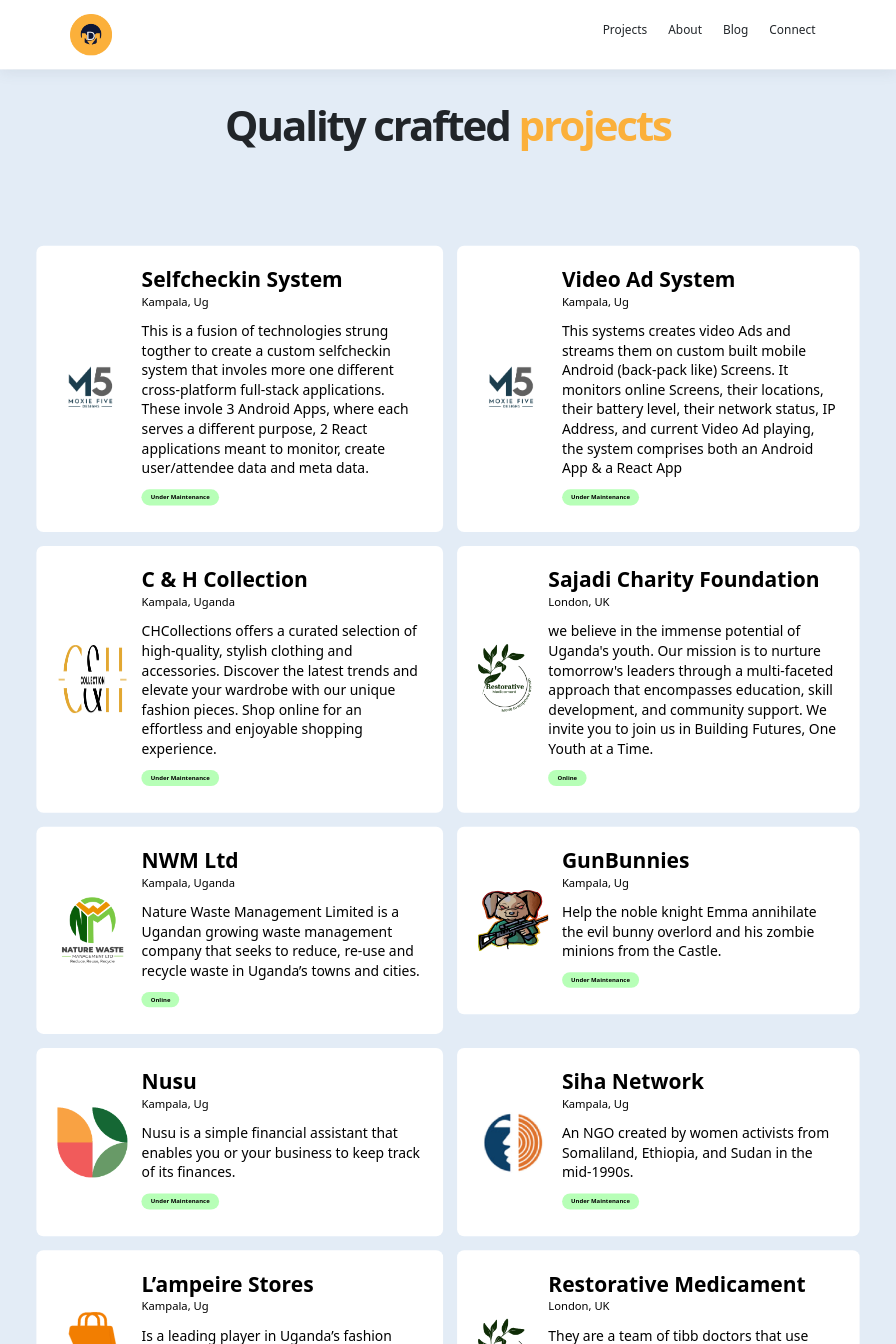
Repository: kaizoku010/firebrand
Page: /apps
An editor plug-in stored every save of this project. The page is shown before and after a run of saves, followed by the edit.
The browser window is 1280 px wide. The pictures show the part of the page from y = 0 to 1920 px (the page is 3921 px tall before and 4294 px after), at 70% of full size.
The project was rebuilt for these pictures with package versions that can differ from the ones it lists, and the page was loaded fresh each time. Also part of the build but not shown: vite.config.js, src/update/homescreen.css, src/update/homescreen.js, src/update/blog.css, src/update/blog.js, src/update/connect.css, src/update/connect.js. Imported but missing from the stored project, and not drawn on this page: src/update/about.js.

Above is the page before, as saved 2024-05-27 15:52:53.

### public/index.html
<!DOCTYPE html>
<html lang="en">
  <head>
    <meta charset="utf-8" />
    <link rel="icon" href="%PUBLIC_URL%/logo.ico" />
    <meta name="viewport" content="width=device-width, initial-scale=1" />
    <meta name="theme-color" content="#000000" />
    <meta
      name="description"
      content="Welcome to Firebrand, Home of Dixon Muneza"
    />
    <link rel="apple-touch-icon" href="%PUBLIC_URL%/logo.png" />
    <!--
      manifest.json provides metadata used when your web app is installed on a
      user's mobile device or desktop. See https://developers.google.com/web/fundamentals/web-app-manifest/
    -->
    <link rel="manifest" href="%PUBLIC_URL%/manifest.json" />
    <!--
      Notice the use of %PUBLIC_URL% in the tags above.
      It will be replaced with the URL of the `public` folder during the build.
      Only files inside the `public` folder can be referenced from the HTML.

      Unlike "/favicon.ico" or "favicon.ico", "%PUBLIC_URL%/favicon.ico" will
      work correctly both with client-side routing and a non-root public URL.
      Learn how to configure a non-root public URL by running `npm run build`.
    -->
    <title>Dixon Muneza</title>
    <!-- Global site tag (gtag.js) - Google Analytics -->
<script async src="https://www.googletagmanager.com/gtag/js?id=G-C8GX9VTJ6W"></script>
<script>
  window.dataLayer = window.dataLayer || [];
  function gtag(){dataLayer.push(arguments);}
  gtag('js', new Date());

  gtag('config', 'G-C8GX9VTJ6W');
</script>
  </head>
  <body>
    <noscript>You need to enable JavaScript to run this app.</noscript>
    <div id="root"></div>
    <!--
      This HTML file is a template.
      If you open it directly in the browser, you will see an empty page.

      You can add webfonts, meta tags, or analytics to this file.
      The build step will place the bundled scripts into the <body> tag.

      To begin the development, run `npm start` or `yarn start`.
      To create a production bundle, use `npm run build` or `yarn build`.
    -->
  </body>
</html>

### src/update/header.css
header_div {
    padding: 0;
    margin: 0;
    box-sizing: border-box;
    font-family: sans-serif;
    text-decoration: none;
    list-style: none;
  }


  .name_logo{
    display:none;
  }

  .header {
    position: sticky;
    top: 0;
    grid-area: header;
    width: 100%;
    box-shadow: 0 4px 20px hsla(207, 24%, 35%, 0.1);
    background-color: white;
    z-index: 2;
  }

  .email-ic{
    width:38px;
  }

  nav {
    display: flex;
    justify-content: space-between;
    align-items: center;
    padding: 20px 100px;
  }

  .logo a {
    font-size: 24px;
    font-weight: bold;
    color: #fff;
  }

  .logo a span {
    color: #8739fa;
  }


  .menu {
    display: flex;
    list-style:none;
    justify-content: center;
    align-items: center;
  }

  .menu a {
    display: block;
    padding: 7px 15px;
    font-size: 17px;
    font-weight: 500;
    transition: 0.2s all ease-in-out;
    color: #fff;
  }

  .menu:hover a {
    opacity: 0.4;
  }

  .menu a:hover {
    opacity: 1;
    color: #fff;
  }

  .menu-icon {
    display: none;
  }

  #menu-toggle {
    display: none;
  }

  #menu-toggle:checked ~ .menu {
    transform: scale(1, 1);
  }

  @media only screen and (max-width: 950px) {
    .menu {
      flex-direction: column;
      background-color: white;
      align-items: start;
      position: absolute;
      top: 82px;
      left: 0;
      width: 100%;
      z-index: 1;
      padding-left: 10px;
      transform: scale(1, 0);
      transform-origin: top;
      transition: transform 0.3s ease-in-out;
      box-shadow: rgba(0, 0, 0, 0.15) 1.95px 1.95px 2.6px;
    }

    nav {
      display: flex;
      justify-content: space-between;
      align-items: center;
      padding: 18px 30px;
  }

    .name_logo{
        display:none;
      }

    .menu a {
      margin-left: 12px;
    }

    .menu li {
      margin-bottom: 10px;
    }

    .menu-icon {
      display: block;
      color: black;
      font-size: 28px;
      cursor: pointer;
    }
    /* my logo */

  .fireband-logo{
    width: 50px !important;

  }
  }



  .fireband-logo{
    width: 60px;
  }


  .header a {
    color:#212529 !important
      }
    .header a:hover {
        color:#fbb03b !important;
    }

### src/update/appsPage.css
.appsHolder {
  background-color: #e3ecf6 !important;
  padding-right: 1.5em;
  padding-left: 1.5em;
}

.appsHeading {
  text-align: center;
  font-size: 3.75em;
  line-height: 1;
  margin-bottom: 4rem;
  font-weight: 700;
  letter-spacing: -0.05em !important;
  padding: 50px;
}

.sites-holder {
  place-content: center !important;
}

.apps-span {
  color: #fbb03b;
}

.sites {
  display: flex;
  gap: 50px;
  place-content: center !important;
}

.top-element:hover {
  box-shadow: 0 4px 8px 0 rgba(0, 0, 0, 0.2), 0 4px 20px 0 rgba(0, 0, 0, 0);
  transition: 0.75rem;
}

.top-element {
  cursor: pointer;
  width: -moz-fit-content;
  width: fit-content;
  background-color: white;
  display: flex;

  padding: 30px;
  border-radius: 10px;
  flex-direction: row;
}

.site-title {
  font-size: 1.875rem;
  line-height: 2.25rem;
  color: black;
  font-weight: 700;
  margin-bottom: 0.125rem;
}

.site-title:hover {
  color: #f2b44d;
}

.site-logo {
  width: 100px;
  align-self: center;
  height: 100px;
  border-radius: 0px;
}

.site-text-holder {
  display: flex;
  padding-left: 20px;
  flex-direction: column;
}

.site-desc {
  font-size: 1.24rem;
  font-weight: 400;
  color:black !important;
  line-height: 1.75rem;
}
.chip{
  background-color: rgb(127 255 127 / 56%) !important;

}

.chip-layout {
  display: flex;
  gap: 12px;
}
.sites-list {
  display: grid;
  grid-template-columns: repeat(2, auto);
  grid-template-rows: auto;
  padding: 1%;
  gap: 20px;
  list-style-type: none;
  margin: 1rem;
  height: -webkit-max-content;
  height: max-content;
}

/* mobile view */



@media only screen and (max-width: 950px) {
  .sites-list {
    display: grid;
    grid-template-columns: repeat(1, auto);
    grid-template-rows: auto;
    padding: 1%;
    gap: 10px;
    list-style-type: none;
    margin: 1rem;
    height: -webkit-max-content;
    height: max-content;
  }
  .site-title:hover {
    color: #f2b44d;
  }

  .appsHolder {
    background-color: #e3ecf6 !important;
    padding-right: 0.5em;
    padding-left: 0.5em;
  }

  .site-logo {
    /* width: 100%; */
    align-self: center;
    margin-left: 20px !important;
    height: 100px;
    border-radius: 0px;
  }

  .appsHeading {
    text-align: center;
    font-size: 3.75em;
    line-height: 1;
    padding: 24px !important;
    text-align: justify !important;
    margin-bottom: 0rem !important;
    font-weight: 700;
    letter-spacing: -0.05em !important;
    padding: 50px;
  }

  .top-element {
    cursor: pointer;
    width: -moz-fit-content;
    width: fit-content;
    display: block !important;
    background-color: white;
    padding: 30px;
    border-radius: 10px;
    flex-direction: row;
  }
}

.link-list {
  color: black;
  text-decoration: none !important;
}

a{
  color: black;
  text-decoration: none !important;
}

p{
  color: black !important;
}

### src/dataPoint/AllProjects.js
import misstintedLogo from '../img/mt.png'
import fireman from '../img/shya.jpg'
import NusuLogo from '../img/nusu.png'
import IMager from "../img/bc_ic.png";
import GBunnies from '../img/gbunnies.png'
import NwmLogo from '../img/nwmLogo.png'
import Shiha from '../img/shiha.png'
import Lamp from '../img/lamp2.png'
import Gram from '../img/gram.jpg';
import VoxP from '../img/vox.png'
import Willapp from '../img/william.png'
import MDP from '../img/mdp.png'
import NGR from '../img/ngb.png'
import Motoka from '../img/motoka.png'
import AkibaIc from '../img/akiba.png'
import Medica from '../img/medica.png'
import MX5 from "../img/logo-png.png"
import CH from "../img/ch.png"


export default {
  // headings shld be #5747ff
  allProjects: [

    {
      id: '145',
      title: "Selfcheckin System",
      techStacks: ["Under Maintenance"],
      textColor: 'lightBlue',
      location: 'Kampala, Ug',
       desc: 'This is a fusion of technologies strung togther to create a custom selfcheckin system that involes more one different cross-platform full-stack applications. These invole 3 Android Apps, where each serves a different purpose, 2 React applications meant to monitor, create user/attendee data and meta data.',
      icon: MX5,
      link: 'https://eventform-two.vercel.app/'

  },

    {
      id: '145',
      title: "Video Ad System",
      techStacks: ["Under Maintenance"],
      textColor: 'lightBlue',
      location: 'Kampala, Ug',
       desc: ' This systems creates video Ads and streams them on custom built mobile Android (back-pack like) Screens. It monitors online Screens, their locations, their battery level, their network status, IP Address, and current Video Ad playing, the system comprises both an Android App & a React App',
      icon: MX5,
      link: 'https://moxie5screen.vercel.app/'

  },

  {
    id: '4',
    title: 'C & H Collection',
    techStacks: ["Under Maintenance"],
    backgroundColor: 'white',
    textColor: 'red',
    location: 'Kampala, Uganda',
    desc: 'CHCollections offers a curated selection of high-quality, stylish clothing and accessories. Discover the latest trends and elevate your wardrobe with our unique fashion pieces. Shop online for an effortless and enjoyable shopping experience.',
    icon: CH,
   link: 'https://chcollections.ug/'
  },

  {
    id: '342',
    title: 'Sajadi Charity Foundation',
    techStacks: ["Online"],
    location: 'London, UK',
    desc: "we believe in the immense potential of Uganda's youth. Our mission is to nurture tomorrow's leaders through a multi-faceted approach that encompasses education, skill development, and community support. We invite you to join us in Building Futures, One Youth at a Time.",
    icon: Medica,
    link: 'http://sajadi.ug/',
  },
  {
    id: '4',
    title: 'NWM Ltd',
    techStacks: ["Online"],
    backgroundColor: 'white',
    textColor: 'red',
    location: 'Kampala, Uganda',
    desc: 'Nature Waste Management Limited is a Ugandan growing waste management company that seeks to reduce, re-use and recycle waste in Uganda’s towns and cities.',
    icon: NwmLogo,
   link: 'http://naturewasteug.com/'
  },

    {
      id: '445',
      title: "GunBunnies",
      techStacks: ["Under Maintenance"],
      textColor: 'lightBlue',
      location: 'Kampala, Ug',
       desc: 'Help the noble knight Emma annihilate the evil bunny overlord and his zombie minions from the Castle.',
      icon: GBunnies,
      // link: 'https://play.google.com/store/apps/details?id=com.xoGames.GunsBunnies'

  },

    {
      id: '465',
      title: "Nusu",
      techStacks: ["Under Maintenance"],
      textColor: 'lightBlue',
      location: 'Kampala, Ug',
      desc: 'Nusu is a simple financial assistant that enables you or your business to keep track of its finances.',
      icon: NusuLogo,
      // link: 'https://play.google.com/store/apps/details?id=com.digitalminds.android.nusu'

  },
    {
      id: '17',
      title: 'Siha Network',
      backgroundColor: 'white',
      techStacks: ["Under Maintenance"],
      textColor: 'lightBlue',
      location: 'Kampala, Ug',
      desc: 'An NGO created by women activists from Somaliland, Ethiopia, and Sudan in the mid-1990s.',
      icon: Shiha,
      // link: 'https://lampeire.com/'
    },
    {
      id: '7',
      title: 'L’ampeire Stores',
      backgroundColor: 'Orange',
      techStacks: ["Under Maintenance"],
      textColor: 'white',
      location: 'Kampala, Ug',
      desc: 'Is a leading player in Uganda’s fashion industry, they are more of an experimental workshop of ideas.',
      icon: Lamp,
      // link: 'https://lampeire.com/'
    },
    {
      id: '332',
      title: 'Restorative Medicament',
      techStacks: ["Online"],
      location: 'London, UK',
      desc: "They are a team of tibb doctors that use 100% herbal formulas designed to restore your body to its natural state before experiencing health complications.",
      icon: Medica,
      link: 'https://www.restorativemedicament.com/',
    },

    {
      id: '3t2',
      title: 'Akibahub',
      techStacks: ["Online"],
      backgroundColor: 'red',
      desc: 'A digital platform that provies a brigde for the African creators/manufacturers to connect with the USA market.',
      icon: AkibaIc,
      location: 'USA',
      textColor: 'white',
      // link: 'https://akibahub.com/'
    },
    {
      id: '23',
      title: 'GrammarHolic',
      backgroundColor: 'white',
      techStacks: ["Online"],
      textColor: 'black',
      location: 'London, UK',
      desc: 'The ultimate life hack for all your content writing needs. Elevate your writing game with our comprehensive range of services.',
      icon: Gram,
      // link: 'https://www.grammarholic.com/'
    },
    {
      id: '1',
      title: 'BC HealthCare Services',
      desc: 'This is a physiotherapy institute thats provides exceptional care and health care services in Uganda.',
      icon: IMager,
      techStacks: ["Under Maintenance"],
      location: 'Kampala, Uganda',
      backgroundColor: 'white',
      //506cef
      location: 'Kampala, Uganda',

      textColor: 'black',
      // link: 'http://bchealthcareug.com/'
    },

    {
      id: '2',
      location: 'Kampala, Uganda',
      title: 'Vox Pupli',
      techStacks: ["Online"],
      backgroundColor: 'white',
      textColor: 'black',
      desc: 'They are a  publisher and platform, happy to identify their selves as a platform that fosters public debate on issues that we consider the most important for our generation.',
      icon: VoxP,
      link: 'https://voxpopuli.ug/'
    },
    {
      id: '42',
      location: 'Kampala, Uganda',
      title: 'Willapps Ug',
      backgroundColor: 'white',
      techStacks: ["Under Maintenance"],
      textColor: 'black',
      desc: 'With over 5 years of hands on experience in the digital space in Uganda, Willapps has grown to become a go to provider of IT solutions.',
      icon: Willapp,
      // link: 'https://willappsug.com/'
    },
    {
      id: '3',
      backgroundColor: 'white',
      textColor: 'red',
      location: 'London, UK',
      techStacks: ["Under Maintenance"],
      title: 'MissTinted',
      desc: 'People buy products that make them feel amazing, and at TINTEDS they offer some of the most incredibly useful products.',
      icon: misstintedLogo,
      // link: 'http://misstinted.com/'
    },

    {
      id: '6',
      title: 'MDP ARCHITECTURE SARL',
      backgroundColor: 'white',
      techStacks: ["Under Maintenance"],
      textColor: 'black',
      location: 'Kigali, Rwanda',
      desc: 'Nous sommes un bureau d’architecture dont les activités sont axées principalement sur la prestation de services adéquats de conception en appui à nos clients dans la planification et la mise en œuvre.',
      icon: MDP,
      link: 'http://mdparchitecture.com/'
    },

    {
      id: '8',
      title: 'National Gaming Board',
      desc: 'The National Lotteries and Gaming Regulatory Board Uganda (NLGRB) is a body corporate established under the Lotteries and Gaming Act No. 7 of 2016 which came into effect on 8th April 2016.',
      icon: NGR,
      location: 'Kampala, Uganda',
      techStacks: ["Online"],
      backgroundColor: 'white',
      textColor: 'black',
      link: 'https://lgrb.go.ug/'
    },
    {
      id: '9',
      title: 'Wuzi-Africa',
      backgroundColor: 'white',
      techStacks: ["Online"],
      location: 'Stockholm, Sweden',
      textColor: 'black',
      desc: 'From West Nile to Kabale, Moroto to Tororo, dedicated creative communities will be creating bold fabrics and designer garments from recycled old clothes collected across Uganda.',
      icon: fireman,
      link: 'https://wuzi-app.firebaseapp.com/'
    },
    {
      id: '10',
      techStacks: ["Under Maintenance"],
      title: 'Motoka Ads',
      backgroundColor: 'white',
      location: 'Kampala, Uganda',
      textColor: 'red',
      desc: 'Motokads is a multi-vendor car dealer platform based in Uganda that provides and act as a bridge between Car dealers and buyers.',
      icon: Motoka,
      // link: 'https://wuzi-app.firebaseapp.com/'
    }
  ]
}

### src/update/footer.css
.site-footer
{
  position: relative;
  background-color:#f0f2f4e4;
  padding:45px 0 20px;
  font-size:15px;
  line-height:24px;
  color:#737373;
}

.row{
  align-items: center !important;
}

.facebook{
    width: 30px;
}
.site-footer hr
{
  border-top-color:#bbb;
  opacity:0.5
}
.site-footer hr.small
{
  margin:20px 0
}
.site-footer h6
{
  color:#fff;
  font-size:16px;
  text-transform:uppercase;
  margin-top:5px;
  letter-spacing:2px
}
.site-footer a
{
  color:#737373;
}
.site-footer a:hover
{
  color:#3366cc;
  text-decoration:none;
}
.footer-links
{
  padding-left:0;
  list-style:none
}
.footer-links li
{
  display:block
}
.footer-links a
{
  color:#737373
}
.footer-links a:active,.footer-links a:focus,.footer-links a:hover
{
  color:#3366cc;
  text-decoration:none;
}
.footer-links.inline li
{
  display:inline-block
}
.site-footer .social-icons
{
  text-align:right
}
.site-footer .social-icons a
{
  width:40px;
  height:40px;
  line-height:40px;
  margin-left:6px;
  margin-right:0;
  border-radius:100%;
}
.copyright-text
{
  margin:0
}
@media (max-width:991px)
{
  .site-footer [class^=col-]
  {
    margin-bottom:30px
  }
}
@media (max-width:767px)
{

  .copyright-text{
    margin:10px;
  }
  .site-footer
  {
    padding-bottom:0
  }
  .site-footer .copyright-text,.site-footer .social-icons
  {
    text-align:center
  }
}
.social-icons
{
  padding-left:0;
  margin-bottom:0;
  list-style:none
}
.social-icons li
{
  display:inline-block;
  margin-bottom:4px
}
.social-icons li.title
{
  margin-right:15px;
  text-transform:uppercase;
  color:#96a2b2;
  font-weight:700;
  font-size:13px
}
.social-icons a{
  background-color:#eceeef;
  color:#818a91;
  font-size:16px;
  display:inline-block;
  line-height:44px;
  width:44px;
  height:44px;
  text-align:center;
  margin-right:8px;
  border-radius:100%;
  -webkit-transition:all .2s linear;
  -o-transition:all .2s linear;
  transition:all .2s linear
}
.social-icons a:active,.social-icons a:focus,.social-icons a:hover
{
  color:#fff;
  background-color:#ebebeb
}
.social-icons.size-sm a
{
  line-height:34px;
  height:34px;
  width:34px;
  font-size:14px
}
.social-icons a.facebook:hover
{
  background-color:#e7e9e9
}
.social-icons a.twitter:hover
{
  background-color:#00aced
}
.social-icons a.linkedin:hover
{
  background-color:#007bb6
}
.social-icons a.dribbble:hover
{
  background-color:#ea4c89
}
@media (max-width:767px)
{
  .social-icons li.title
  {
    display:block;
    margin-right:0;
    font-weight:600
  }
}

### src/components/chips.css
.chip{
    background-color: rgb(127, 217, 255);
    width: -moz-fit-content;
    width: fit-content;

    border-radius: 20px;
}

.chip-text {
    padding: 5px;
    font-weight: 700;
    font-size: 8.5px;
    margin: 8px;
}

Loaded but not shown: src/index.js (common file); src/index.css (common file); src/reportWebVitals.js (common file); src/update/appsPage.js (57 lines, source omitted); src/update/footer.js (37 lines, source omitted); src/App.js (35 lines, source omitted); src/update/header.js (28 lines, source omitted); src/components/chips.js (16 lines, source omitted); src/App.css (189 lines, source omitted); src/update/homescreen.css (no copy from this time; the picture is the same without it)

After the next 2 saves:
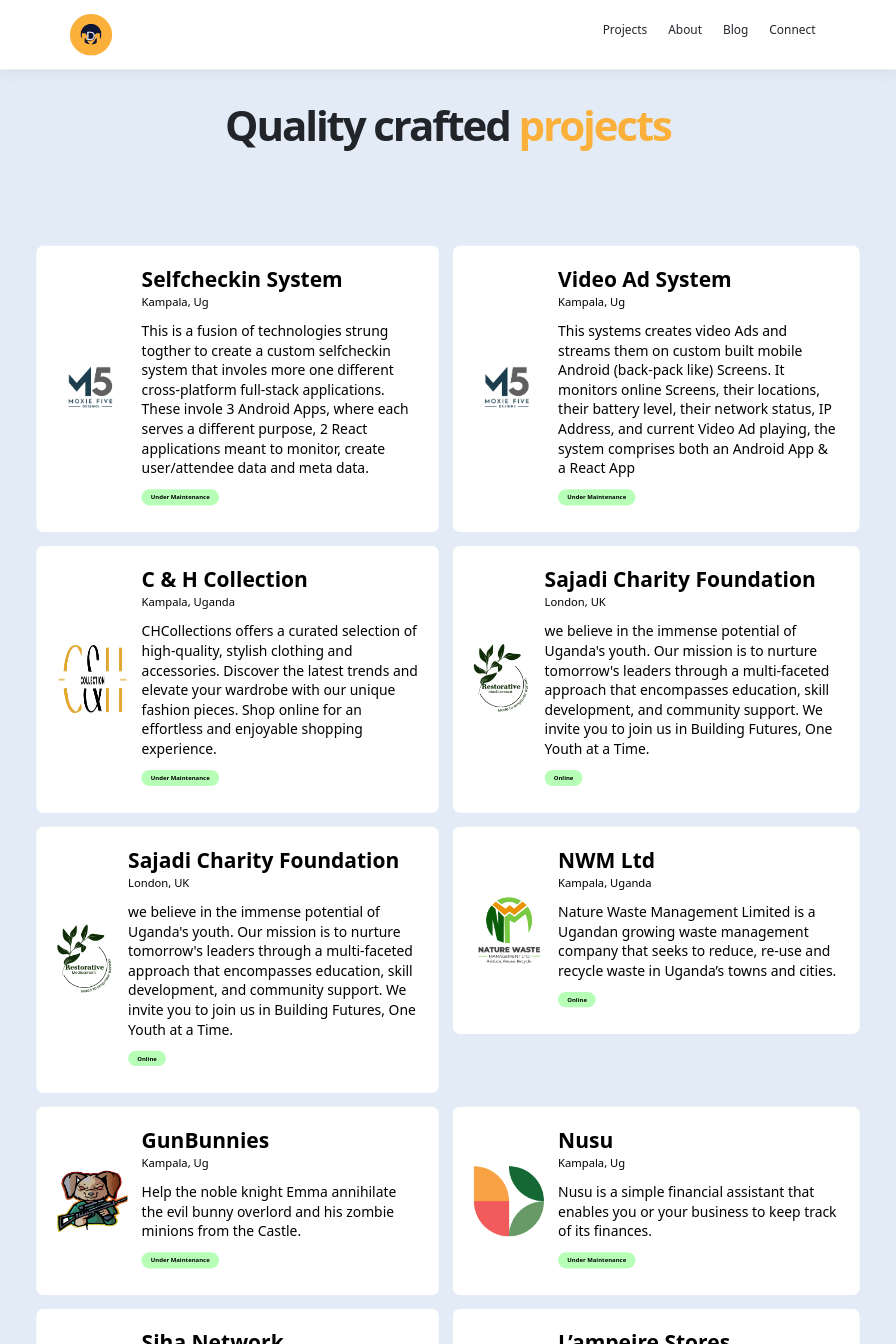
The 2 saves are shown as one change because they came seconds apart.
The last was saved 22 s later.
--- a/src/dataPoint/AllProjects.js
+++ b/src/dataPoint/AllProjects.js
@@ -58,6 +58,16 @@
    link: 'https://chcollections.ug/'
   },
 
+
+  {
+    id: '42',
+    title: 'Sajadi Charity Foundation',
+    techStacks: ["Online"],
+    location: 'London, UK',
+    desc: "we believe in the immense potential of Uganda's youth. Our mission is to nurture tomorrow's leaders through a multi-faceted approach that encompasses education, skill development, and community support. We invite you to join us in Building Futures, One Youth at a Time.",
+    icon: Medica,
+    link: 'http://sajadi.ug/',
+  },
   {
     id: '342',
     title: 'Sajadi Charity Foundation',
